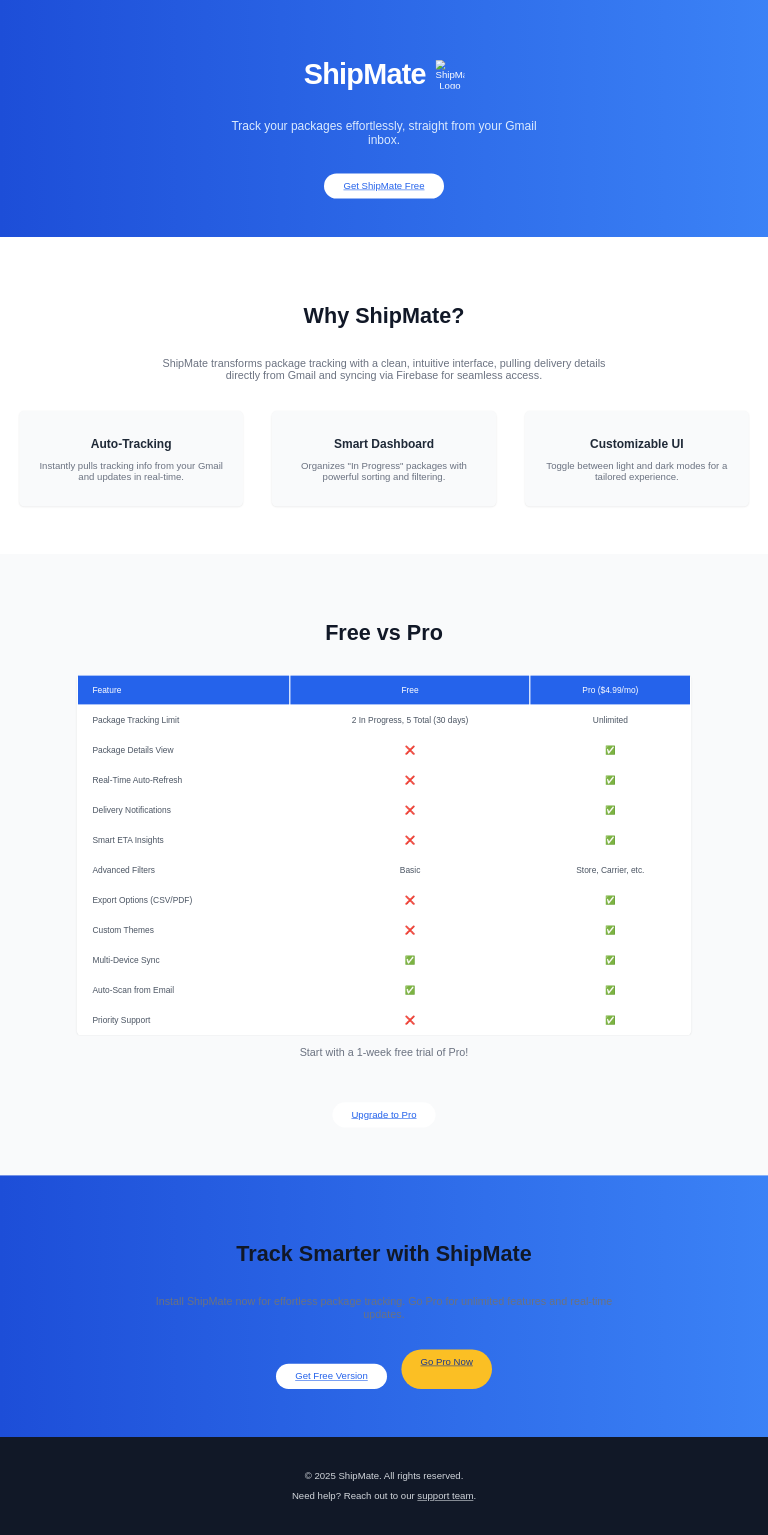
Repository: epeguero8311/shipmate-website
Page: index.html
These files come from the project's save history. The page is drawn as it stood at one moment and after the next save; the edit follows.
The browser window is 1280 px wide. The pictures show the whole page, at 60% of full size.

Above is the page before, as saved 2025-10-21 21:49:44.
Not found: placeholder-logo.png

After the next save:
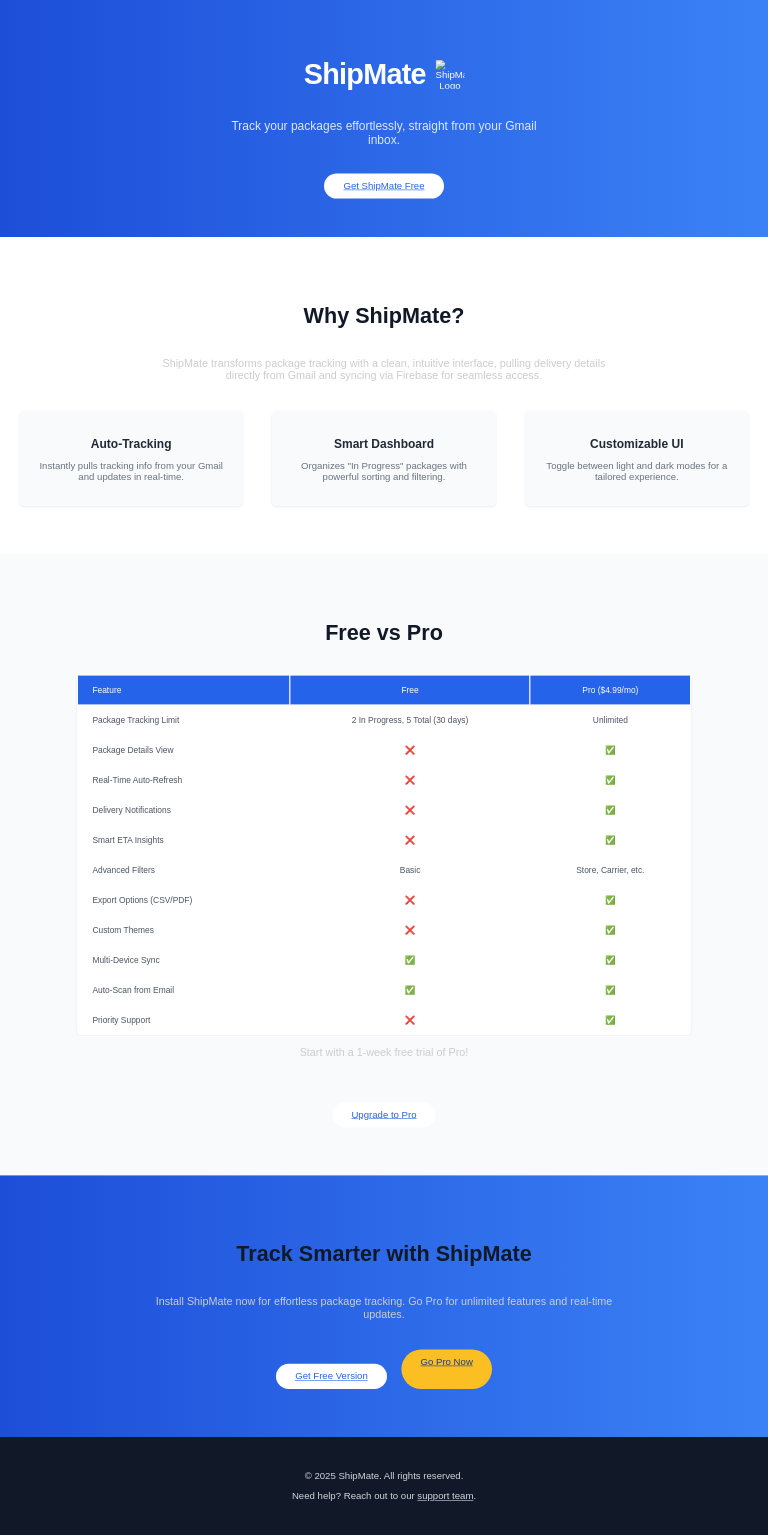
Saved 27 s later.
--- a/styles.css
+++ b/styles.css
@@ -118,7 +118,7 @@
 
 .section-subtitle {
   text-align: center;
-  color: #6B7280;
+  color: #cccccc;
   margin-bottom: 3rem;
   max-width: 48rem;
   margin-left: auto;
